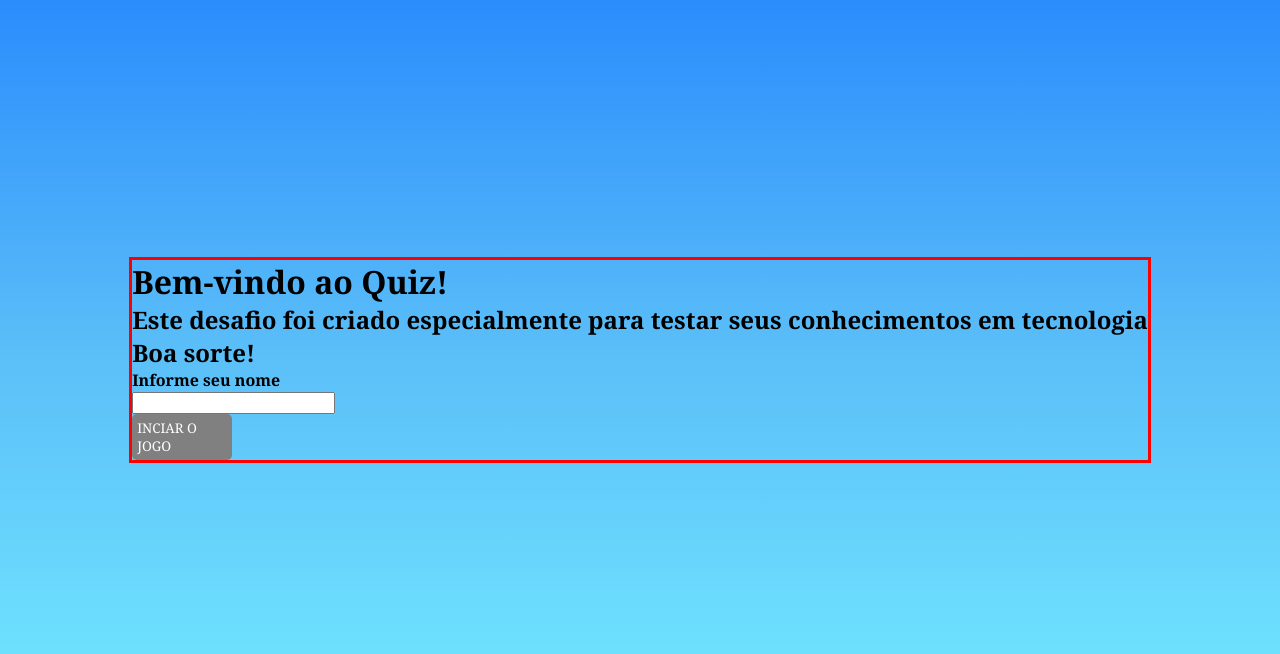
Repository: LaisSilvaO/Projeto-Quizz
Page: telas/apresentação.html
The author's editor kept a copy of each file at every save. The page is drawn from the files as they stood at one save, then again after the next save.
The browser window is 1280 px wide. The pictures show the whole page.

Above is the page before, as saved 2024-12-25 18:30:12.

### telas/apresentação.html
<!DOCTYPE html>
<html lang="pt-br">

<head>
    <meta charset="UTF-8">
    <meta name="viewport" content="width=device-width, initial-scale=1.0">
    <title>Quiz</title>
    <link rel="stylesheet" href="../img/tela.css">
</head>

<body>
    <div class="borda1">
        <H1> Bem-vindo ao Quiz!</H1>

        <h2>Este desafio foi criado especialmente para testar seus conhecimentos em tecnologia

            <P> Boa sorte!</P>
        </h2>
        <h4>Informe seu nome </h4>
        <input type="text" id="nome">
        <A href="index.html">
            <h4><button>INCIAR O JOGO</button></h4>
        </A>
    </div>

</body>

</html>

### img/tela.css
* {
  margin: 0;
  padding: 0;
  box-sizing: border-box;
  font-family: Cambria, Cochin, Georgia, Times, 'Times New Roman', serif;
}

body {
  height: 100vh;
  display: flex;
  justify-content: center;
  flex-direction: column;
  flex-wrap: wrap;
  align-items: center;
  gap: 5px;
  background: linear-gradient(180deg, rgba(19, 128, 252, 0.9) 0%, rgba(80, 187, 248, 0.932), rgba(103, 230, 255, 0.932) 100%);
}

main {
  background-color: white;
  padding: 10px;
  border-radius: 10px;
  width: 100%;
  max-width: 600px;
  min-height: 400px;
  display: flex;
  align-items: center;
  justify-content: center;
}

.content {
  display: flex;
  flex-direction: column;
  width: 100px;
  gap: 10px;
}

.qtddquestao {
  text-align: end;
}

.resposta {
  display: flex;
  flex-direction: column;
  gap: 5px;
}

button {
  width: 100px;
  text-align: start;
  padding: 5px;
  border: none;
  border-radius: 5px;
  cursor: pointer;
  background-color: grey;
  color: white;
}

.final {
  display: none;
  flex-direction: column;
  gap: 10px;
}

.borda1 {

  border-style: solid;
  border-color: red;

}

After the next save:
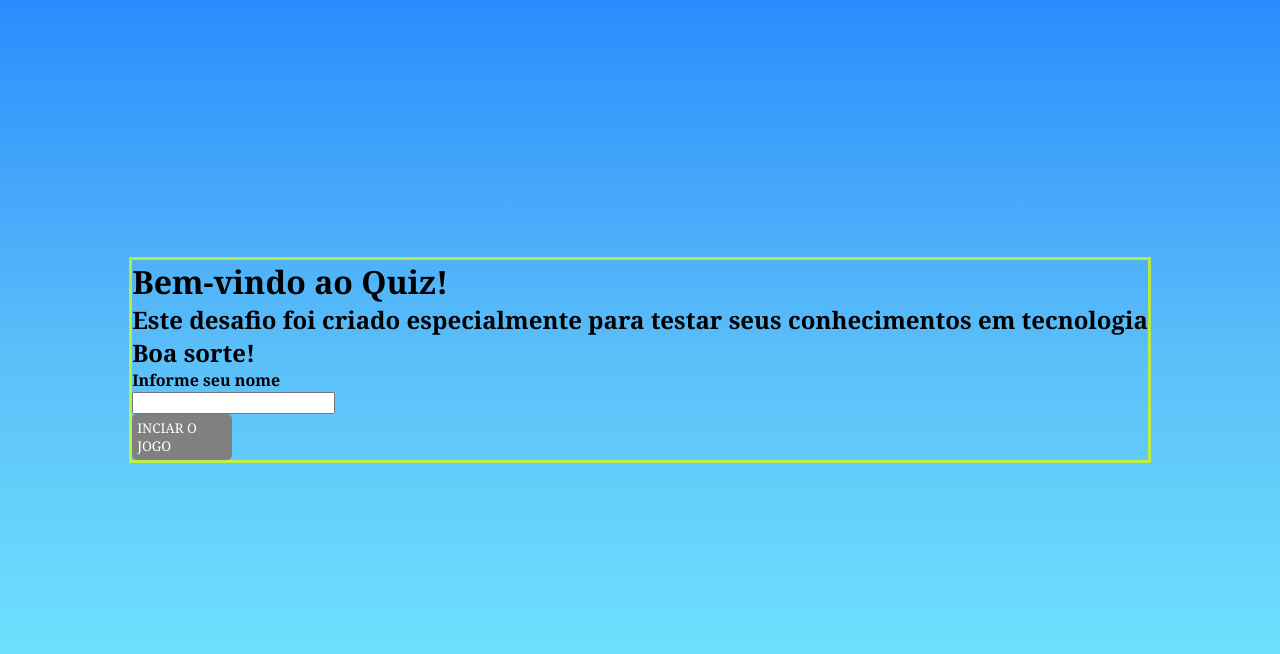
Saved 63 s later.
--- a/img/tela.css
+++ b/img/tela.css
@@ -62,9 +62,9 @@ button {
   gap: 10px;
 }
 
-.borda1 {
+.borda1{
 
-  border-style: solid;
-  border-color: red;
+  border-style:solid;
+  border-color: rgba(225, 255, 0, 0.708);
 
 }
